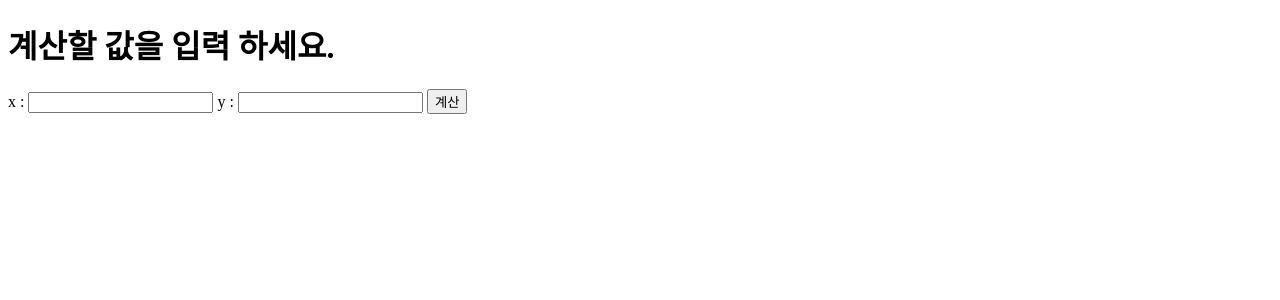
Repository: Realhyeonwoo/study-jsp
Page: JSPPrj/WebContent/calc2.html
The author's editor kept a copy of each file at every save. The page is drawn from the files as they stood at one save, then again after the next save.
The browser window is 1280 px wide. The pictures show the whole page.

Above is the page before, as saved 2020-04-15 12:35:05.

### JSPPrj/WebContent/calc2.html
<!DOCTYPE html>
<html>
<head>
<meta charset="UTF-8">
<title>Insert title here</title>
</head>
<body>
	<h1>계산할 값을 입력 하세요.</h1>
	<form action="calc" method="post">
		<label>x : </label>
		<input type="text" name="x"/>
		<label>y : </label>
		<input type="text" name="y"/>
		<input type="submit" value="계산"/>
	</form>
</body>
</html>

After the next save:
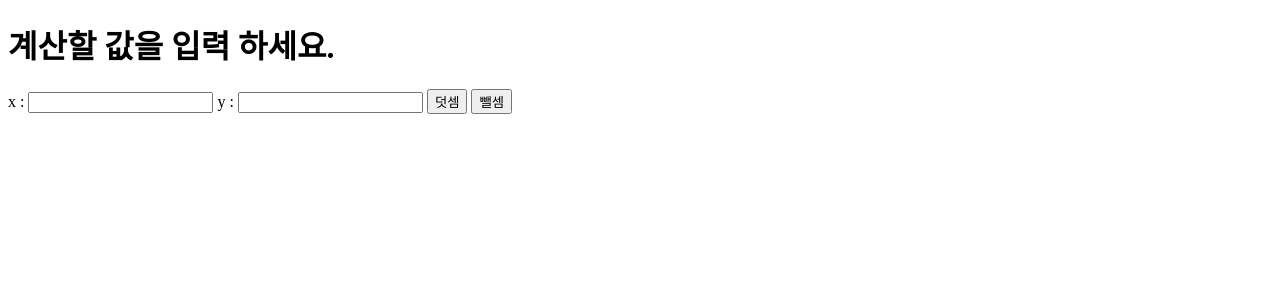
Saved 6 min 3 s later.
--- a/JSPPrj/WebContent/calc2.html
+++ b/JSPPrj/WebContent/calc2.html
@@ -11,7 +11,8 @@
 		<input type="text" name="x"/>
 		<label>y : </label>
 		<input type="text" name="y"/>
-		<input type="submit" value="계산"/>
+		<input type="submit" name="operator" value="덧셈"/>
+		<input type="submit" name="operator" value="뺄셈"/>
 	</form>
 </body>
 </html>
